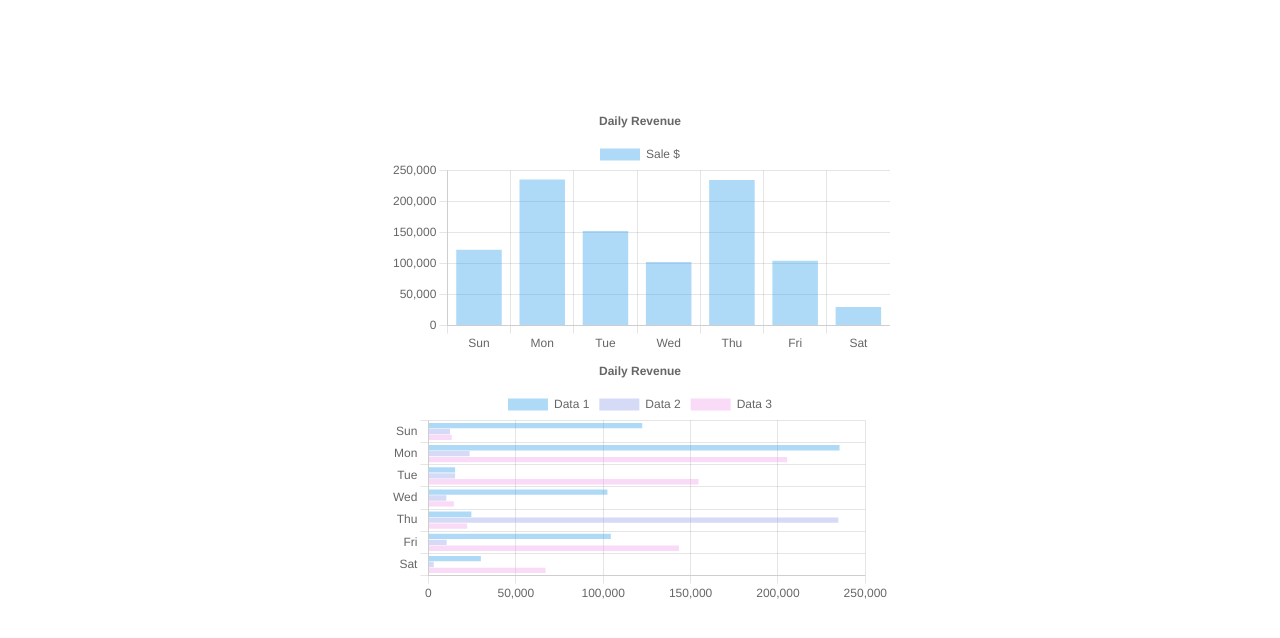
Repository: k8ANStar/exercise-5
Page: /
These files come from the project's save history. The page is drawn as it stood at one moment and after a run of saves; the edit follows.
The browser window is 1280 px wide. The pictures show the whole page.
The project was rebuilt for these pictures with package versions that can differ from the ones it lists, and the page was loaded fresh each time. The framework's server and built-in components were replaced by stand-ins that run in the browser. Also part of the build but not shown: next.config.mjs.

Above is the page before, as saved 2024-04-15 10:27:56.

### pages/index.js
import styles from "@/styles/Home.module.css";
import VerticalChart from "@/components/VerticalChart";
import HorizontalChart from "@/components/HorizontalChart";

export default function Home() {
	return (
		<>
			<main className={`${styles.main} `}>
				<VerticalChart />

				<HorizontalChart />
			</main>
		</>
	);
}

### styles/Home.module.css
.main {
	display: flex;
	flex-direction: column;
	justify-content: space-between;
	align-items: center;
	padding: 6rem;
	min-height: 30vh;
}

### components/VerticalChart/index.js
import styles from "./VerticalChart.module.css";
import { Bar } from "react-chartjs-2";
import {
	Chart as ChartJS,
	CategoryScale,
	LinearScale,
	BarElement,
	Title,
	Tooltip,
	Legend,
} from "chart.js";

import { useEffect, useState } from "react";

ChartJS.register(
	CategoryScale,
	LinearScale,
	BarElement,
	Title,
	Tooltip,
	Legend
);

export default function VerticalChart() {
	const [chartData, setChartData] = useState({
		datasets: [],
	});
	const [chartOptions, setChartOptions] = useState({});

	useEffect(() => {
		setChartData({
			labels: ["Sun", "Mon", "Tue", "Wed", "Thu", "Fri", "Sat"],
			datasets: [
				{
					label: "Sale $",
					data: [122340, 235256, 152455, 102430, 234561, 104326, 30000],
					borderColor: "rgb(53, 162, 235)",
					backgroundColor: "rgb(53, 162, 235, 0.4)",
				},
			],
		});

		setChartOptions({
			plugins: {
				legend: {
					postion: "top",
				},
				title: {
					display: true,
					text: "Daily Revenue",
				},
			},
			maintainAspectRatio: false,
			responsive: true,
		});
	}, []);

	return (
		<div>
			<Bar
				data={chartData}
				options={chartOptions}
				style={{ width: "500px", height: "300px" }}
			/>
		</div>
	);
}

### components/HorizontalChart/index.js
import styles from "./HorizontalChart.module.css";
import { Bar } from "react-chartjs-2";
import {
	Chart as ChartJS,
	CategoryScale,
	LinearScale,
	BarElement,
	Title,
	Tooltip,
	Legend,
} from "chart.js";

import { useEffect, useState } from "react";

ChartJS.register(
	CategoryScale,
	LinearScale,
	BarElement,
	Title,
	Tooltip,
	Legend
);

export default function HorizontalChart() {
	const [chartData, setChartData] = useState({
		datasets: [],
	});
	const [chartOptions, setChartOptions] = useState({});

	useEffect(() => {
		setChartData({
			labels: ["Sun", "Mon", "Tue", "Wed", "Thu", "Fri", "Sat"],
			datasets: [
				{
					label: "Data 1",
					data: [122340, 235256, 15255, 102430, 24561, 104326, 30000],
					borderColor: "rgb(53, 162, 235)",
					backgroundColor: "rgb(53, 162, 235, 0.4)",
				},
				{
					label: "Data 2",
					data: [12340, 23561, 15255, 10240, 234517, 10432, 3000],
					borderColor: "rgb(150, 162, 235)",
					backgroundColor: "rgb(150, 162, 235, 0.4)",
				},
				{
					label: "Data 3",
					data: [13340, 205276, 154555, 14530, 22161, 143326, 67000],
					borderColor: "rgb(240, 162, 235)",
					backgroundColor: "rgb(240, 162, 235, 0.4)",
				},
			],
		});

		setChartOptions({
			indexAxis: "y",
			plugins: {
				legend: {
					postion: "top",
				},
				title: {
					display: true,
					text: "Daily Revenue",
				},
			},
			maintainAspectRatio: true,
			responsive: true,
		});
	}, []);

	return (
		<div>
			<Bar
				data={chartData}
				options={chartOptions}
				style={{ width: "500px", height: "300px" }}
			/>
		</div>
	);
}

Loaded but not shown: pages/_app.js (common file); pages/_document.js (common file); styles/globals.css (common file); components/HorizontalChart/HorizontalChart.module.css (no stored copy; drawn as an empty file); components/VerticalChart/VerticalChart.module.css (no stored copy; drawn as an empty file)

After the next 7 saves:
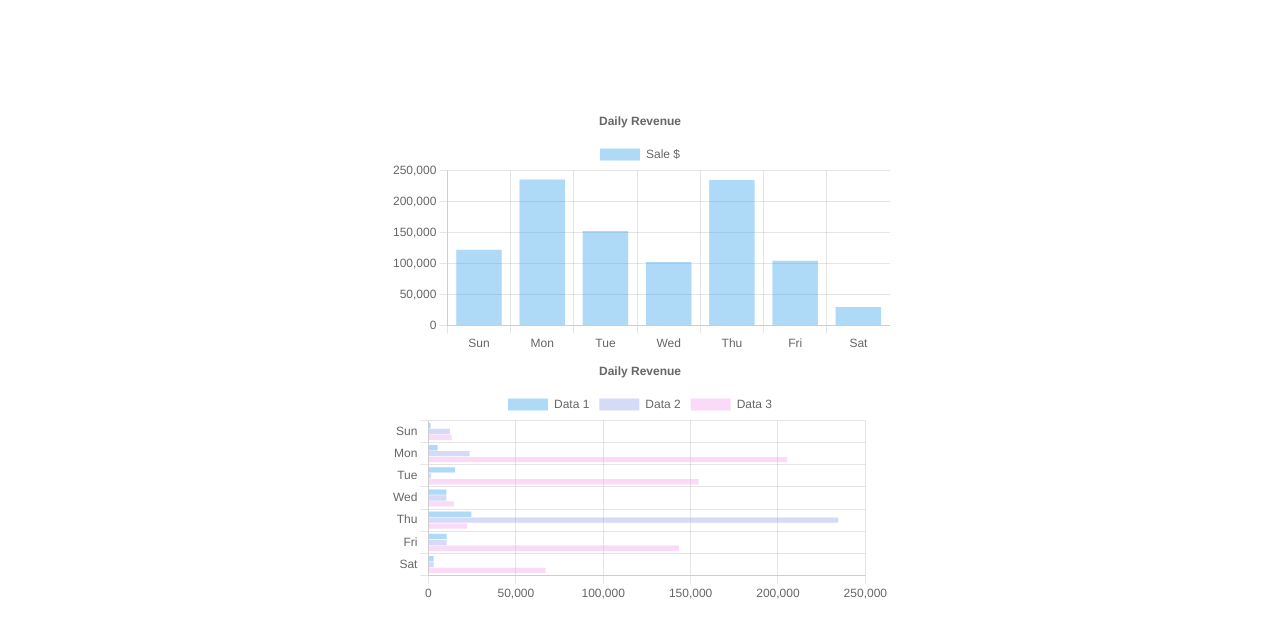
The 7 saves are shown as one change because they came seconds apart.
The last was saved 57 s later.
--- a/components/HorizontalChart/index.js
+++ b/components/HorizontalChart/index.js
@@ -33,13 +33,13 @@ export default function HorizontalChart() {
 			datasets: [
 				{
 					label: "Data 1",
-					data: [122340, 235256, 15255, 102430, 24561, 104326, 30000],
+					data: [1240, 5256, 15255, 10230, 24561, 10426, 3000],
 					borderColor: "rgb(53, 162, 235)",
 					backgroundColor: "rgb(53, 162, 235, 0.4)",
 				},
 				{
 					label: "Data 2",
-					data: [12340, 23561, 15255, 10240, 234517, 10432, 3000],
+					data: [12340, 23561, 1555, 10240, 234517, 10432, 3000],
 					borderColor: "rgb(150, 162, 235)",
 					backgroundColor: "rgb(150, 162, 235, 0.4)",
 				},
